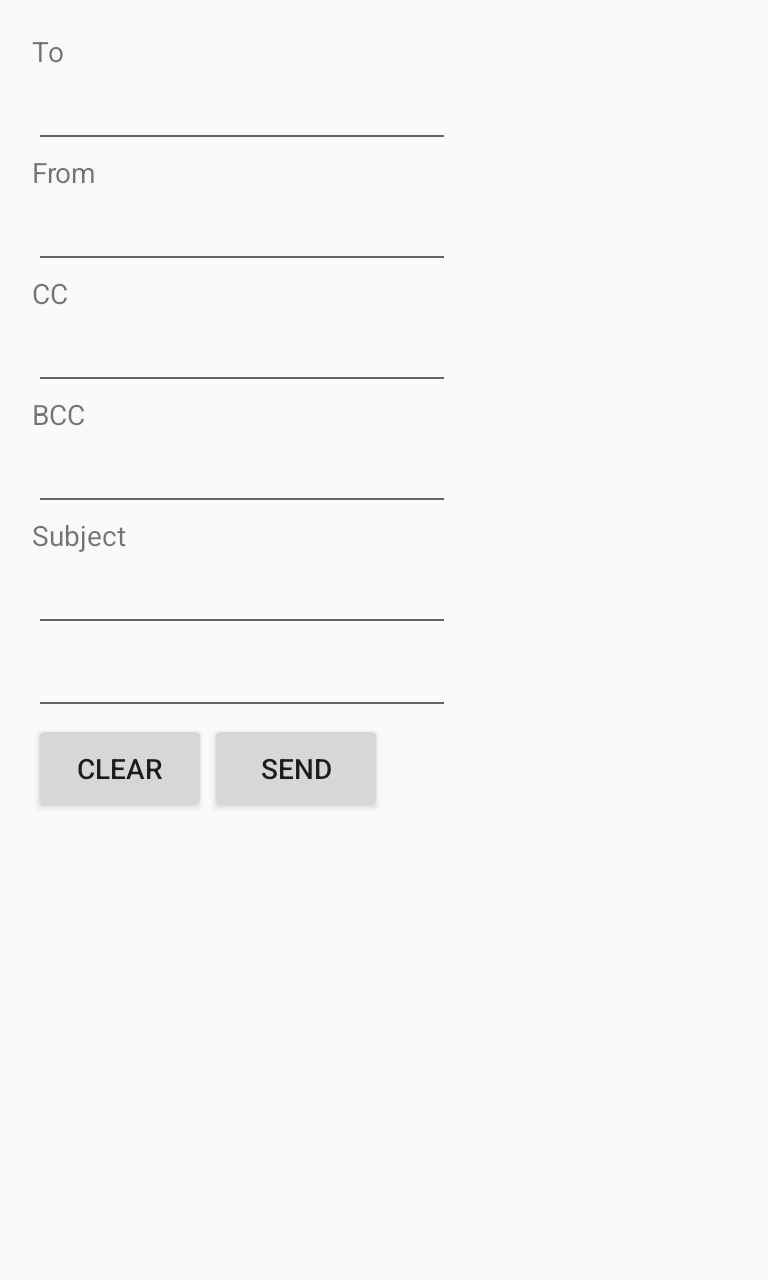
Repository: tmccartan/Android
Layout: Assignment1/res/layout/activity_email_composition.xml
The author's editor kept a copy of each file at every save. The layout is drawn from the files as they stood at one save, then again after the next save.
It is drawn on a 768 x 1280 px phone screen (xhdpi) without system bars, with theme Theme.AppCompat.Light; the app's code is not run. The app's manifest (not shown) leaves right-to-left support off. So textAlignment, textDirection and layoutDirection are ignored, and left and right values win over start and end ones.

Above is the layout before, as saved 2015-03-03 21:08:58.

After the next save:
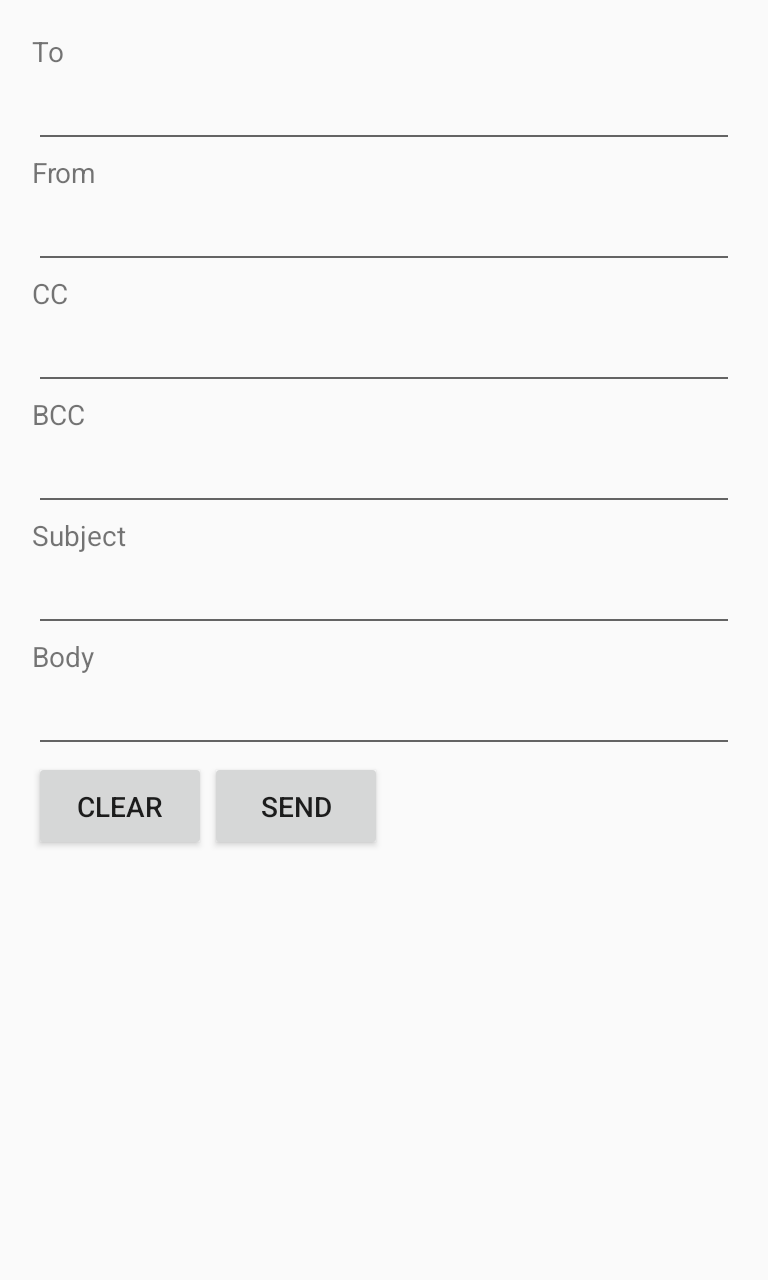
Saved 1 s later.
--- a/Assignment1/res/layout/activity_email_composition.xml
+++ b/Assignment1/res/layout/activity_email_composition.xml
@@ -20,18 +20,22 @@
         <TableLayout
             android:id="@+id/tableLayout1"
             android:layout_width="fill_parent"
-            android:layout_height="wrap_content" >
+            android:layout_height="wrap_content"
+            android:stretchColumns="*" >
 
             <TableRow
                 android:id="@+id/tableRow1"
                 android:layout_width="wrap_content"
-                android:layout_height="wrap_content" >
+                android:layout_height="wrap_content"
+                android:layout_gravity="left" >
 
                 <TextView
                     android:id="@+id/TextView01"
                     android:layout_width="fill_parent"
                     android:layout_height="wrap_content"
+                    android:layout_gravity="fill_horizontal"
                     android:text="To" />
+
             </TableRow>
 
             <TableRow
@@ -42,7 +46,7 @@
                 <EditText
                     android:id="@+id/txtTo"
                     android:layout_width="fill_parent"
-                    android:layout_height="wrap_content" />
+                    android:layout_height="match_parent" />
 
             </TableRow>
 
@@ -65,11 +69,11 @@
 
                 <EditText
                     android:id="@+id/txtFrom"
-                    android:layout_width="wrap_content"
+                    android:layout_width="fill_parent"
                     android:layout_height="wrap_content"
                     android:ems="10"
-                    android:inputType="textEmailAddress"
-                     />
+                    android:inputType="textEmailAddress" />
+
             </TableRow>
 
             <TableRow
@@ -92,7 +96,7 @@
 
                 <EditText
                     android:id="@+id/txtCC"
-                    android:layout_width="wrap_content"
+                    android:layout_width="fill_parent"
                     android:layout_height="wrap_content"
                     android:ems="10" />
 
@@ -119,7 +123,7 @@
 
                 <EditText
                     android:id="@+id/txtBCC"
-                    android:layout_width="wrap_content"
+                    android:layout_width="fill_parent"
                     android:layout_height="wrap_content"
                     android:ems="10" />
 
@@ -145,9 +149,22 @@
 
                 <EditText
                     android:id="@+id/txtSubject"
-                    android:layout_width="wrap_content"
+                    android:layout_width="fill_parent"
                     android:layout_height="wrap_content"
                     android:ems="10" />
+
+            </TableRow>
+
+            <TableRow
+                android:id="@+id/tableRow12"
+                android:layout_width="wrap_content"
+                android:layout_height="wrap_content" >
+
+                <TextView
+                    android:id="@+id/textView5"
+                    android:layout_width="wrap_content"
+                    android:layout_height="wrap_content"
+                    android:text="Body" />
 
             </TableRow>
 
@@ -159,7 +176,7 @@
                 <EditText
                     android:id="@+id/txtBody"
                     android:layout_width="match_parent"
-                    android:layout_height="fill_parent"
+                    android:layout_height="wrap_content"
                     android:ems="10"
                     android:inputType="textMultiLine" />
 
